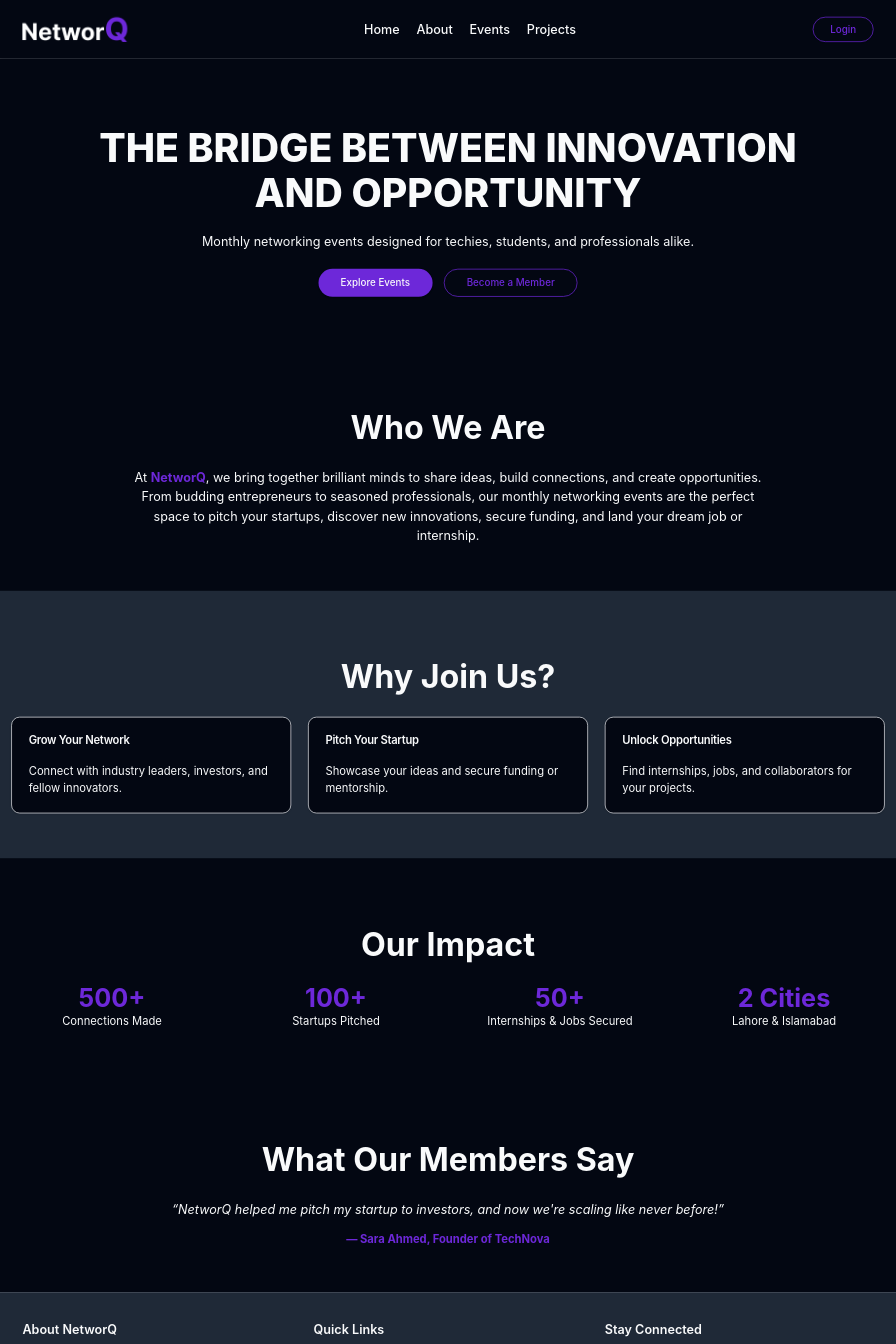
Repository: Wahab3917/Red-Pill-Coders-Hackathon-Submission
Page: / (app in frontend/)
These files come from the project's save history. The page is drawn as it stood at one moment and after the next save; the edit follows.
The browser window is 1280 px wide. The pictures show the part of the page from y = 0 to 1920 px (the page is 2159 px tall before and 2879 px after), at 70% of full size.
The project was rebuilt for these pictures with package versions that can differ from the ones it lists, and the page was loaded fresh each time. Also part of the build but not shown: frontend/vite.config.js, frontend/src/layouts/AuthLayout.jsx, frontend/src/pages/About.jsx, frontend/src/pages/Event.jsx, frontend/src/pages/Project.jsx.

Above is the page before, as saved 2025-01-25 13:19:48.

### frontend/index.html
<!doctype html>
<html lang="en" class="dark">
  <head>
    <meta charset="UTF-8" />
    <link rel="icon" type="image/svg+xml" href="./src/assets/favicon.png" />
    <meta name="viewport" content="width=device-width, initial-scale=1.0" />
    <title>NetworQ</title>
  </head>
  <body>
    <div id="root"></div>
    <script type="module" src="/src/main.jsx"></script>
  </body>
</html>

### frontend/src/App.jsx
import { BrowserRouter as Router, Routes, Route } from "react-router-dom";
import AuthLayout from "./layouts/AuthLayout";
import PageLayout from "./layouts/pageLayout";

// PAGES
import Home from "./pages/Home.jsx";
import About from "./pages/About.jsx";
import Event from "./pages/Event.jsx";
import Project from "./pages/Project.jsx";
function App() {
  return (
    <Router>
      <Routes>
        <Route
          path="/"
          element={
            <PageLayout>
              <Home />
            </PageLayout>
          }
        />
        <Route
          path="/about"
          element={
            <PageLayout>
              <About />
            </PageLayout>
          }
        />
        <Route
          path="/events"
          element={
            <PageLayout>
              <Event />
            </PageLayout>
          }
        />
        <Route
          path="/projects"
          element={
            <PageLayout>
              <Project />
            </PageLayout>
          }
        />
      </Routes>
    </Router>
  );
}

export default App;

### frontend/src/layouts/PageLayout.jsx
import React from 'react';
import { Header, Footer } from '../components';

function PageLayout({children}) {
  return (
    <div className='min-h-screen flex flex-wrap content-between bg-gray-100'>
      <div className='w-full block'>
        <Header />
          <main>
            {children}
          </main>
        <Footer />
      </div>
    </div>
  )
}

export default PageLayout

### frontend/src/pages/Home.jsx
import React from "react";
import { Button } from "@/components/ui/button";
import { Card, CardContent, CardHeader, CardTitle } from "@/components/ui/card";

export default function HomePage() {
  return (
    <>
      <main>
        <div className="relative h-full w-full bg-white">
          <div className="absolute h-full w-full bg-[radial-gradient(#e5e7eb_1px,transparent_1px)] [background-size:16px_16px] [mask-image:radial-gradient(ellipse_50%_50%_at_50%_50%,#000_70%,transparent_100%)]"></div>
        </div>

        <div className="bg-background text-foreground min-h-screen">
          {/* Hero Section */}
          <section className="pt-24 pb-16">
            <div className="container mx-auto px-4 text-center">
              <h1>
                THE BRIDGE BETWEEN INNOVATION <br /> AND OPPORTUNITY
              </h1>
              <p className="text-lg my-6">
                Monthly networking events designed for techies, students, and
                professionals alike.
              </p>
              <div className="flex justify-center gap-4">
                <Button
                  size="lg"
                  className="bg-primary text-primary-foreground rounded-full"
                >
                  Explore Events
                </Button>
                <Button
                  size="lg"
                  variant="outline"
                  className="border-primary text-primary rounded-full"
                >
                  Become a Member
                </Button>
              </div>
            </div>
          </section>

          {/* About Section */}
          <section className="py-16">
            <div className="container mx-auto px-4">
              <h2 className="text-center py-8">Who We Are</h2>
              <p className="text-lg text-center mx-auto max-w-4xl">
                At <span className="text-primary font-bold">NetworQ</span>, we
                bring together brilliant minds to share ideas, build
                connections, and create opportunities. From budding
                entrepreneurs to seasoned professionals, our monthly networking
                events are the perfect space to pitch your startups, discover
                new innovations, secure funding, and land your dream job or
                internship.
              </p>
            </div>
          </section>

          {/* Benefits Section */}
          <section className="py-16 bg-card bg-muted">
            <div className="container mx-auto px-4">
              <h2 className="text-center py-8">Why Join Us?</h2>
              <div className="grid grid-cols-1 sm:grid-cols-3 gap-6">
                <Card>
                  <CardHeader>
                    <CardTitle>Grow Your Network</CardTitle>
                  </CardHeader>
                  <CardContent>
                    Connect with industry leaders, investors, and fellow
                    innovators.
                  </CardContent>
                </Card>
                <Card>
                  <CardHeader>
                    <CardTitle>Pitch Your Startup</CardTitle>
                  </CardHeader>
                  <CardContent>
                    Showcase your ideas and secure funding or mentorship.
                  </CardContent>
                </Card>
                <Card>
                  <CardHeader>
                    <CardTitle>Unlock Opportunities</CardTitle>
                  </CardHeader>
                  <CardContent>
                    Find internships, jobs, and collaborators for your projects.
                  </CardContent>
                </Card>
              </div>
            </div>
          </section>

          {/* Featured Stats Section */}
          <section className="py-16">
            <div className="container mx-auto px-4 text-center">
              <h2 className="py-8">Our Impact</h2>
              <div className="grid grid-cols-2 sm:grid-cols-4 gap-8">
                <div>
                  <p className="text-4xl font-bold text-primary">500+</p>
                  <p>Connections Made</p>
                </div>
                <div>
                  <p className="text-4xl font-bold text-primary">100+</p>
                  <p>Startups Pitched</p>
                </div>
                <div>
                  <p className="text-4xl font-bold text-primary">50+</p>
                  <p>Internships & Jobs Secured</p>
                </div>
                <div>
                  <p className="text-4xl font-bold text-primary">2 Cities</p>
                  <p>Lahore & Islamabad</p>
                </div>
              </div>
            </div>
          </section>

          {/* Testimonials Section */}
          <section className="py-16">
            <div className="container mx-auto px-4 text-center">
              <h2 className="py-8">What Our Members Say</h2>
              <blockquote className="text-lg italic">
                “NetworQ helped me pitch my startup to investors, and now we're
                scaling like never before!”
              </blockquote>
              <p className="text-primary font-bold mt-4">
                — Sara Ahmed, Founder of TechNova
              </p>
            </div>
          </section>
        </div>
      </main>
    </>
  );
}

### frontend/src/components/index.js
import Header from "./Header/Header";
import Footer from "./Footer/Footer";

export {
  Header, Footer
}

### frontend/src/components/ui/button.jsx
import * as React from "react"
import { Slot } from "@radix-ui/react-slot"
import { cva } from "class-variance-authority";

import { cn } from "@/lib/utils"

const buttonVariants = cva(
  "inline-flex items-center justify-center gap-2 whitespace-nowrap rounded-md text-sm font-medium transition-colors focus-visible:outline-none focus-visible:ring-1 focus-visible:ring-ring disabled:pointer-events-none disabled:opacity-50 [&_svg]:pointer-events-none [&_svg]:size-4 [&_svg]:shrink-0",
  {
    variants: {
      variant: {
        default:
          "bg-primary text-primary-foreground shadow hover:bg-primary/90",
        destructive:
          "bg-destructive text-destructive-foreground shadow-sm hover:bg-destructive/90",
        outline:
          "border border-input bg-background shadow-sm hover:bg-accent hover:text-accent-foreground",
        secondary:
          "bg-secondary text-secondary-foreground shadow-sm hover:bg-secondary/80",
        ghost: "hover:bg-accent hover:text-accent-foreground",
        link: "text-primary underline-offset-4 hover:underline",
      },
      size: {
        default: "h-9 px-4 py-2",
        sm: "h-8 rounded-md px-3 text-xs",
        lg: "h-10 rounded-md px-8",
        icon: "h-9 w-9",
      },
    },
    defaultVariants: {
      variant: "default",
      size: "default",
    },
  }
)

const Button = React.forwardRef(({ className, variant, size, asChild = false, ...props }, ref) => {
  const Comp = asChild ? Slot : "button"
  return (
    (<Comp
      className={cn(buttonVariants({ variant, size, className }))}
      ref={ref}
      {...props} />)
  );
})
Button.displayName = "Button"

export { Button, buttonVariants }

### frontend/src/components/ui/card.jsx
import * as React from "react"

import { cn } from "@/lib/utils"

const Card = React.forwardRef(({ className, ...props }, ref) => (
  <div
    ref={ref}
    className={cn("rounded-xl border bg-card text-card-foreground shadow", className)}
    {...props} />
))
Card.displayName = "Card"

const CardHeader = React.forwardRef(({ className, ...props }, ref) => (
  <div
    ref={ref}
    className={cn("flex flex-col space-y-1.5 p-6", className)}
    {...props} />
))
CardHeader.displayName = "CardHeader"

const CardTitle = React.forwardRef(({ className, ...props }, ref) => (
  <div
    ref={ref}
    className={cn("font-semibold leading-none tracking-tight", className)}
    {...props} />
))
CardTitle.displayName = "CardTitle"

const CardDescription = React.forwardRef(({ className, ...props }, ref) => (
  <div
    ref={ref}
    className={cn("text-sm text-muted-foreground", className)}
    {...props} />
))
CardDescription.displayName = "CardDescription"

const CardContent = React.forwardRef(({ className, ...props }, ref) => (
  <div ref={ref} className={cn("p-6 pt-0", className)} {...props} />
))
CardContent.displayName = "CardContent"

const CardFooter = React.forwardRef(({ className, ...props }, ref) => (
  <div
    ref={ref}
    className={cn("flex items-center p-6 pt-0", className)}
    {...props} />
))
CardFooter.displayName = "CardFooter"

export { Card, CardHeader, CardFooter, CardTitle, CardDescription, CardContent }

### frontend/src/components/Header/Header.jsx
import React from "react";
import { Link, useNavigate } from "react-router-dom";
import Logo from "../Logo";
import { Button } from "../ui/button";

function Header() {
  const navigate = useNavigate();

  const navItems = [
    { name: "Home", slug: "/", active: true },
    { name: "About", slug: "/about", active: true },
    { name: "Events", slug: "/events", active: true },
    { name: "Projects", slug: "/projects", active: true },
  ];

  return (
    <header className="flex justify-between items-center py-6 px-8 bg-background text-foreground shadow-md">
      {/* Logo Section */}
      <div>
        <Link to="/">
          <Logo width={150} />
        </Link>
      </div>

      {/* Navigation Section */}
      <nav className="flex gap-6">
        {navItems.map(
          (item) =>
            item.active && (
              <Link
                to={item.slug}
                key={item.name}
                className="text-lg font-medium hover:text-primary transition-colors"
              >
                {item.name}
              </Link>
            )
        )}
      </nav>

      {/* Actions Section */}
      <div>
        <Link to="/login">
          <Button
            variant="outline"
            className="py-2 px-6 rounded-full border-primary text-primary hover:bg-primary hover:text-primary-foreground transition-colors"
          >
            Login
          </Button>
        </Link>
      </div>
    </header>
  );
}

export default Header;

### frontend/src/components/Footer/Footer.jsx
import React from "react";
import { Link } from "react-router-dom";
import { Button } from "../ui/button";
import { Facebook, Twitter, Instagram, Linkedin } from "lucide-react";

function Footer() {
  return (
    <footer className="bg-muted text-muted-foreground py-10 px-8">
      <div className="container mx-auto grid md:grid-cols-3 gap-8">
        {/* About Section */}
        <div>
          <h4 className="text-lg font-semibold mb-4">About NetworQ</h4>
          <p className="text-sm">
            We connect brilliant minds through events designed for students, professionals, and entrepreneurs.
            Discover opportunities, build connections, and unlock your potential.
          </p>
        </div>

        {/* Navigation Links */}
        <div>
          <h4 className="text-lg font-semibold mb-4">Quick Links</h4>
          <ul className="space-y-2">
            <li>
              <Link to="/" className="hover:text-primary transition-colors">Home</Link>
            </li>
            <li>
              <Link to="/about" className="hover:text-primary transition-colors">About</Link>
            </li>
            <li>
              <Link to="/events" className="hover:text-primary transition-colors">Events</Link>
            </li>
            <li>
              <Link to="/projects" className="hover:text-primary transition-colors">Projects</Link>
            </li>
          </ul>
        </div>

        {/* Social Media & Newsletter */}
        <div>
          <h4 className="text-lg font-semibold mb-4">Stay Connected</h4>
          <div className="flex space-x-4 mb-4">
            <a
              href="https://facebook.com"
              target="_blank"
              rel="noopener noreferrer"
              className="text-muted-foreground hover:text-primary transition-colors"
            >
              <Facebook size={20} />
            </a>
            <a
              href="https://twitter.com"
              target="_blank"
              rel="noopener noreferrer"
              className="text-muted-foreground hover:text-primary transition-colors"
            >
              <Twitter size={20} />
            </a>
            <a
              href="https://instagram.com"
              target="_blank"
              rel="noopener noreferrer"
              className="text-muted-foreground hover:text-primary transition-colors"
            >
              <Instagram size={20} />
            </a>
            <a
              href="https://linkedin.com"
              target="_blank"
              rel="noopener noreferrer"
              className="text-muted-foreground hover:text-primary transition-colors"
            >
              <Linkedin size={20} />
            </a>
          </div>
          <Link to="/signup">
            <Button
              variant="outline"
              className="py-2 px-6 rounded-full border-primary text-primary hover:bg-primary hover:text-primary-foreground transition-colors"
            >
              Subscribe to Newsletter
            </Button>
          </Link>
        </div>
      </div>

      {/* Bottom Bar */}
      <div className="border-t border-border mt-8 pt-4 text-center">
        <p className="text-sm">
          © {new Date().getFullYear()} NetworQ. All rights reserved.
        </p>
      </div>
    </footer>
  );
}

export default Footer;

### frontend/src/components/Logo.jsx
import React from 'react';
import logo from '../assets/Logo.png';

function Logo({width}) {
  return (
    <img src={logo} alt="Logo" width={width} />
  )
}

export default Logo

Loaded but not shown: frontend/src/main.jsx (common file); frontend/src/index.css (common file); frontend/src/lib/utils.js (common file); frontend/tailwind.config.js (89 lines, source omitted)

After the next save:
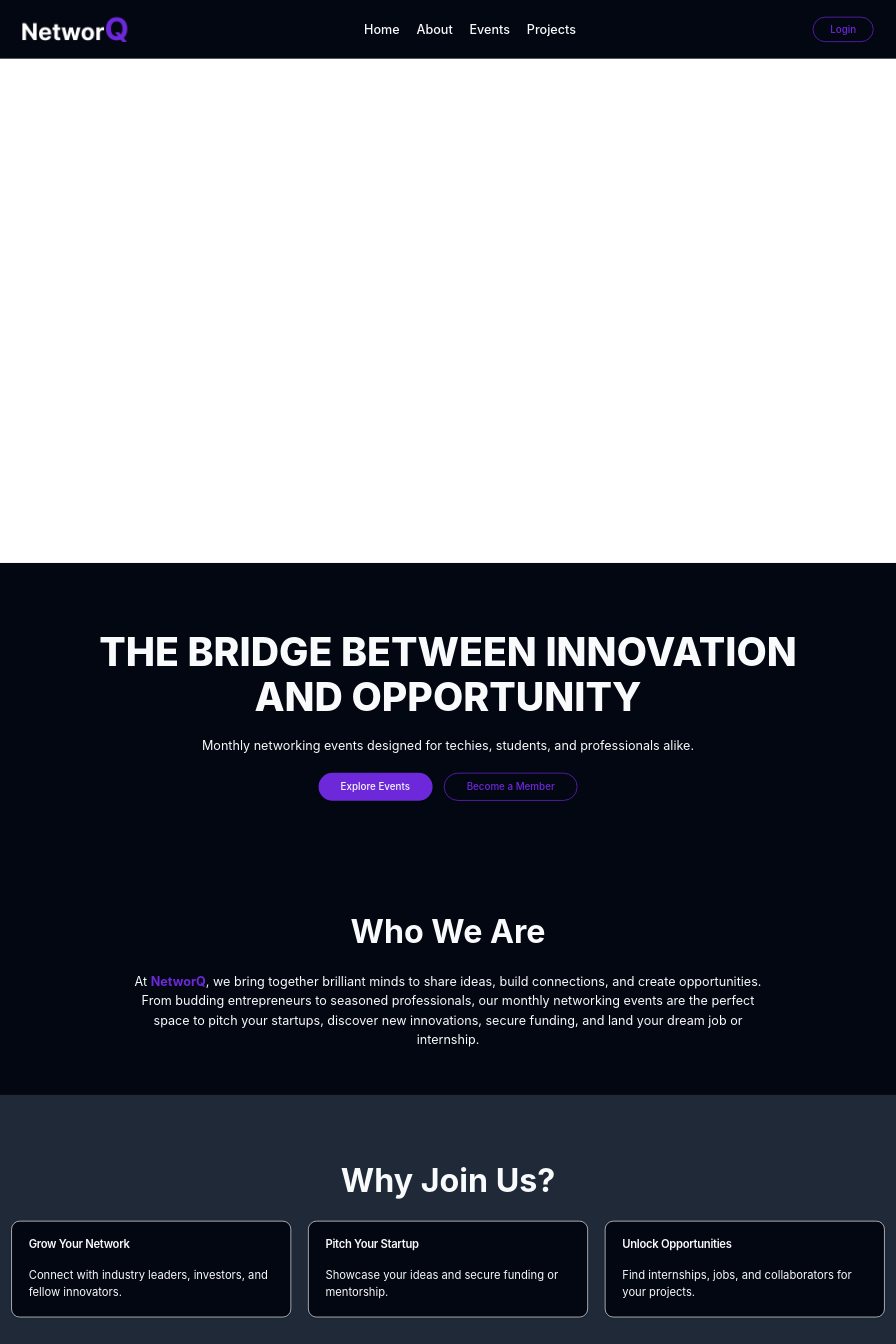
Saved 8 min 1 s later.
--- a/frontend/src/pages/Home.jsx
+++ b/frontend/src/pages/Home.jsx
@@ -6,8 +6,9 @@
   return (
     <>
       <main>
-        <div className="relative h-full w-full bg-white">
-          <div className="absolute h-full w-full bg-[radial-gradient(#e5e7eb_1px,transparent_1px)] [background-size:16px_16px] [mask-image:radial-gradient(ellipse_50%_50%_at_50%_50%,#000_70%,transparent_100%)]"></div>
+        {/* Background Effect */}
+        <div className="relative h-screen w-full bg-white">
+          <div className="absolute inset-0 bg-[radial-gradient(#e5e7eb_1px,transparent_1px)] [background-size:16px_16px] [mask-image:radial-gradient(ellipse_50%_50%_at_50%_50%,#000_70%,transparent_100%)] z-[-1]"></div>
         </div>
 
         <div className="bg-background text-foreground min-h-screen">

After the save that followed:
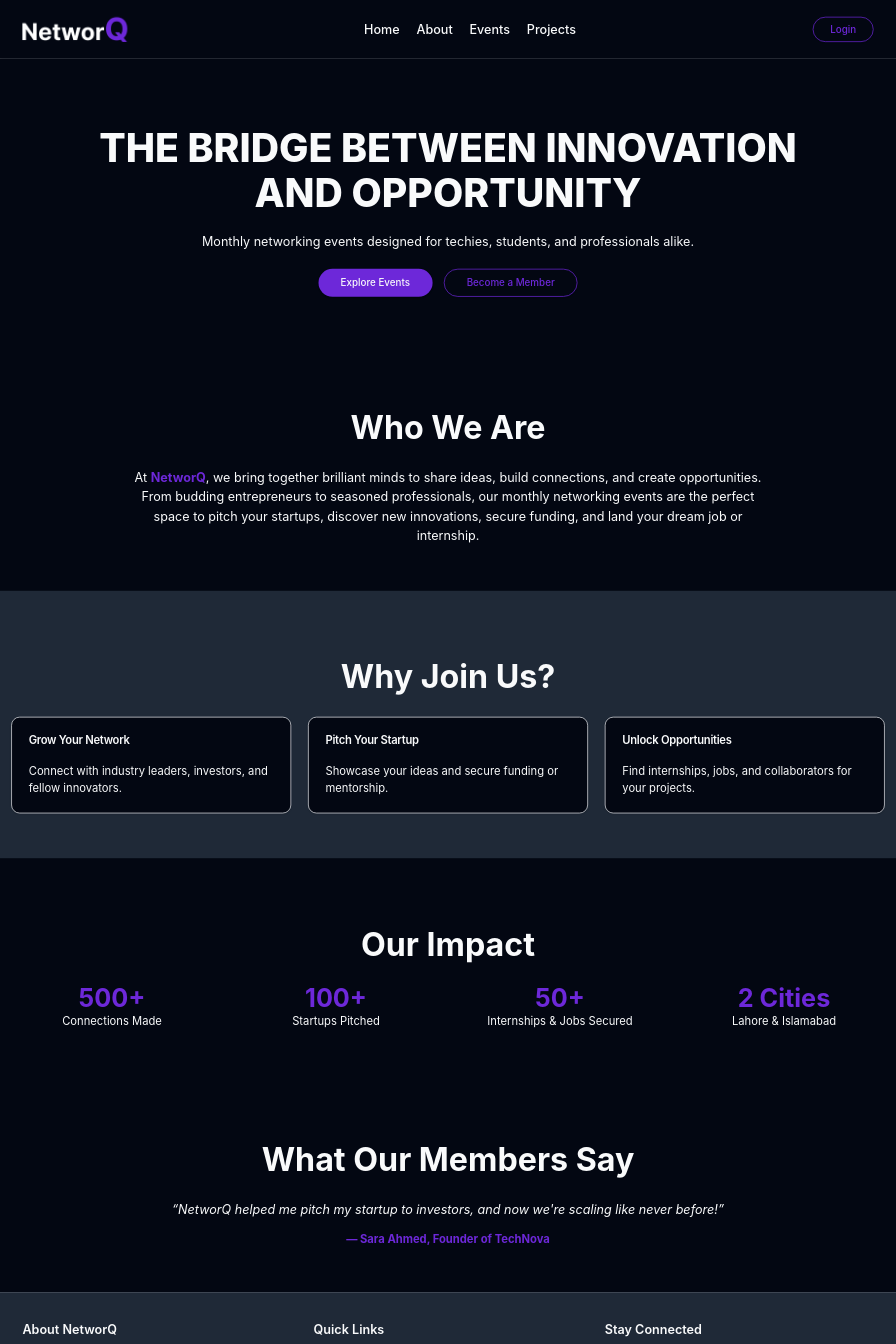
Saved 10 s later.
--- a/frontend/src/pages/Home.jsx
+++ b/frontend/src/pages/Home.jsx
@@ -6,9 +6,8 @@
   return (
     <>
       <main>
-        {/* Background Effect */}
-        <div className="relative h-screen w-full bg-white">
-          <div className="absolute inset-0 bg-[radial-gradient(#e5e7eb_1px,transparent_1px)] [background-size:16px_16px] [mask-image:radial-gradient(ellipse_50%_50%_at_50%_50%,#000_70%,transparent_100%)] z-[-1]"></div>
+        <div className="relative h-full w-full bg-white">
+          <div className="absolute h-full w-full bg-[radial-gradient(#e5e7eb_1px,transparent_1px)] [background-size:16px_16px] [mask-image:radial-gradient(ellipse_50%_50%_at_50%_50%,#000_70%,transparent_100%)]"></div>
         </div>
 
         <div className="bg-background text-foreground min-h-screen">
